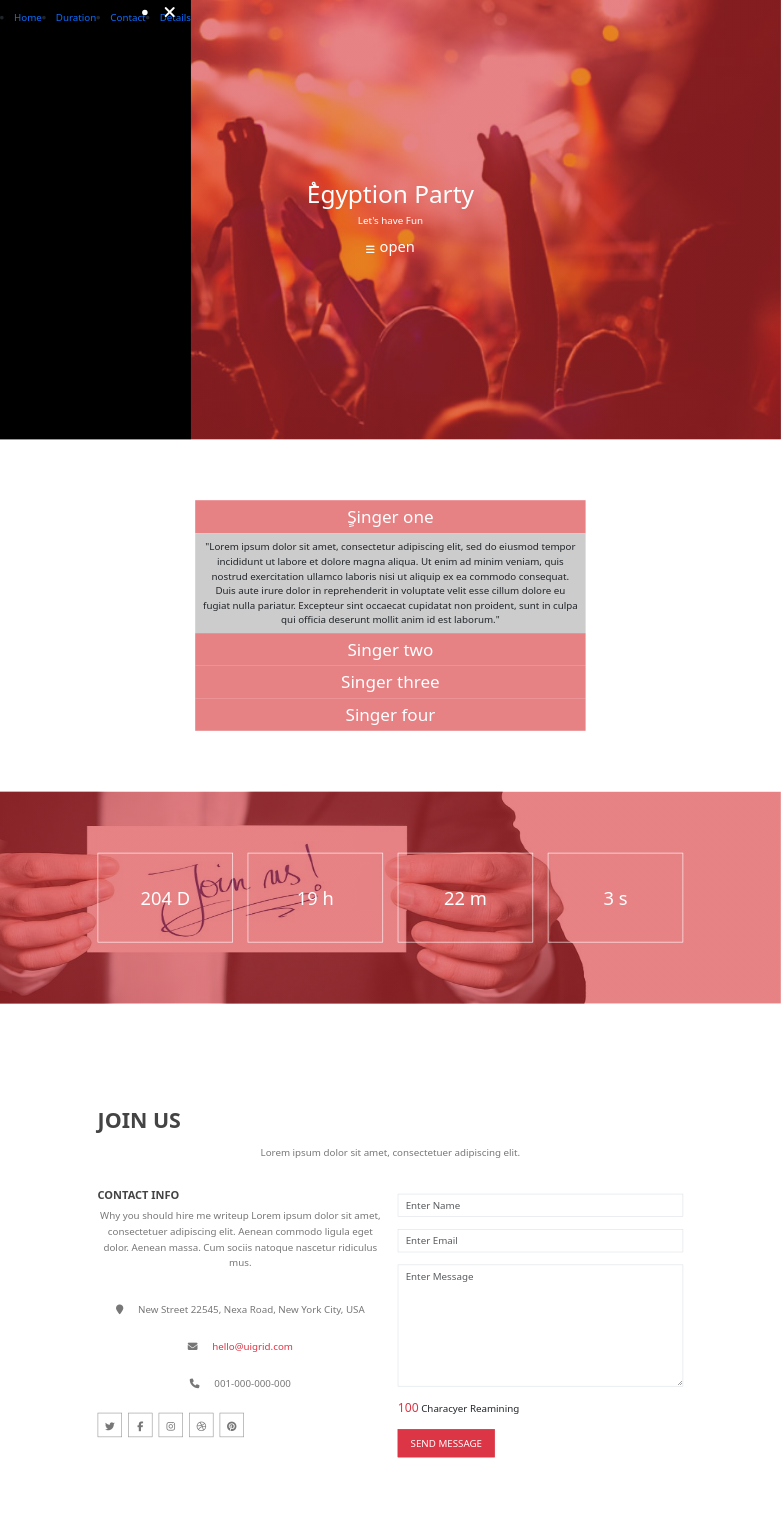
Repository: HagarYousry/jQuery
Page: index.html
An editor plug-in stored every save of this project. The page is shown before and after the next save, followed by the edit.
The browser window is 1280 px wide. The pictures show the whole page, at 61% of full size.

Above is the page before, as saved 2024-07-25 18:26:31.

After the next save:
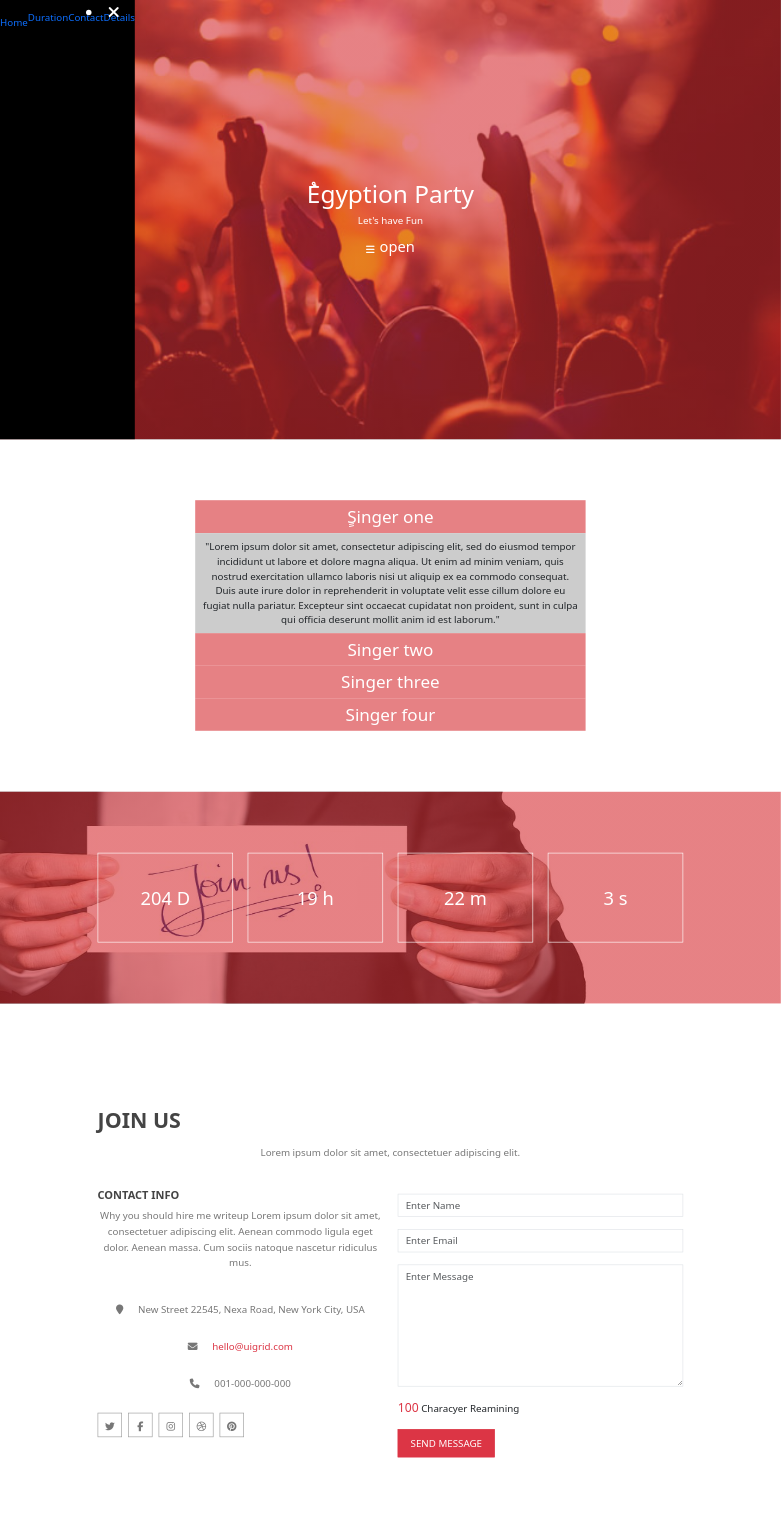
Saved 9 s later.
--- a/index.html
+++ b/index.html
@@ -20,10 +20,10 @@
                     <li class="p-0 closeIcon">
                         <i class="fa-solid fa-xmark "></i>
                     </li>
-                     <li ><a class="text-decoration-none sideNav-link mt-2" href="#home">Home</a></li>
-                     <li ><a class="text-decoration-none sideNav-link" href="#Acordion">Duration</a></li>
-                     <li ><a class="text-decoration-none sideNav-link" href="#contact">Contact</a></li>
-                     <li ><a class="text-decoration-none sideNav-link" href="#count">Details</a></li>
+                     <a class="text-decoration-none sideNav-link mt-2" href="#home">Home</a></li>
+                     <a class="text-decoration-none sideNav-link" href="#Acordion">Duration</a></li>
+                     <a class="text-decoration-none sideNav-link" href="#contact">Contact</a></li>
+                     <a class="text-decoration-none sideNav-link" href="#count">Details</a></li>
             </div>
 
             <div class="home-title d-flex justify-content-center align-items-center flex-column vh-100 text-white">
